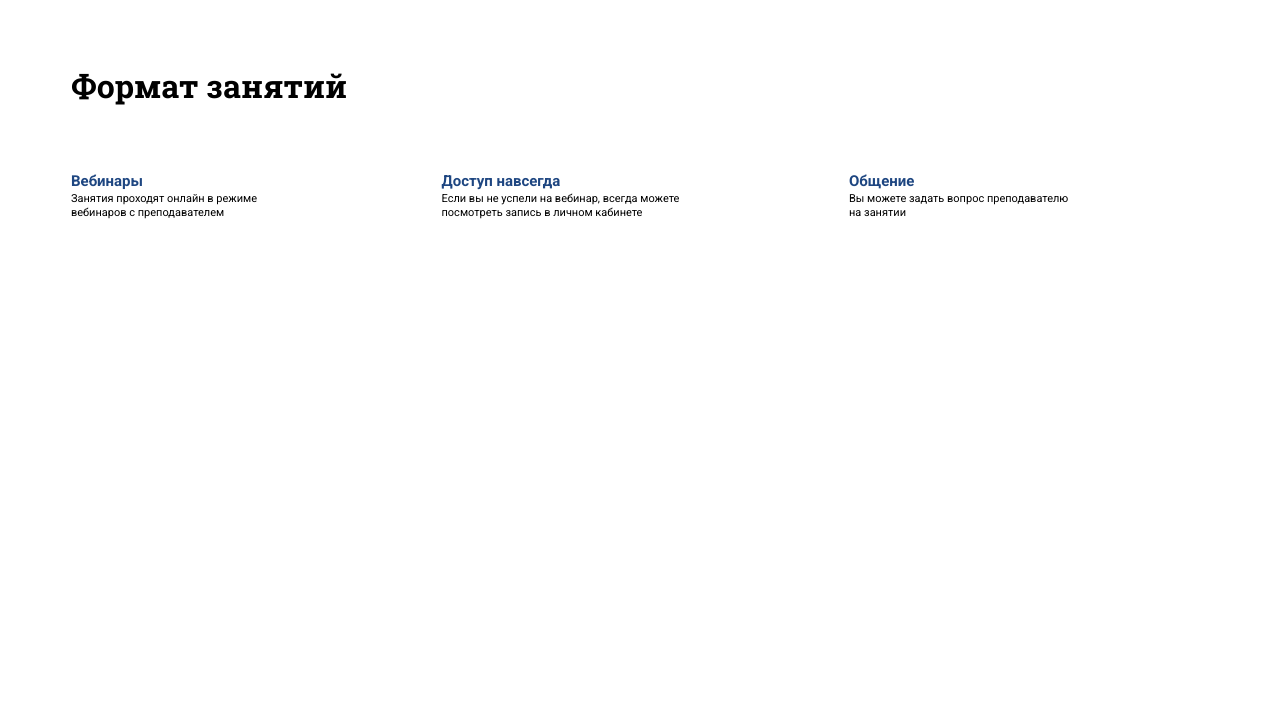
Repository: PoladEziz/Task-4
Page: index.html
An editor plug-in stored every save of this project. The page is shown before and after the next save, followed by the edit.
The browser window is 1280 px wide. The pictures show the whole page.

Above is the page before, as saved 2023-05-09 17:22:49.

### index.html
<!DOCTYPE html>
<html lang="en">

<head>
    <meta charset="UTF-8">
    <meta http-equiv="X-UA-Compatible" content="IE=edge">
    <meta name="viewport" content="width=device-width, initial-scale=1.0">
    <title>Document</title>
    <link rel="stylesheet" href="index.css">
</head>

<body>
    <div class="main">
        <div class="page-1">
            <h1>Формат занятий</h1>
            <div class="top_child">

                <ul>
                    <li>
                        <h2>Вебинары</h2>
                        <p>Занятия проходят онлайн
                            в режиме вебинаров
                            с преподавателем</p>
                    </li>

                    <li>
                        <h2>Доступ навсегда</h2>
                        <p>Если вы не успели на вебинар, всегда можете посмотреть запись в личном кабинете</p>
                    </li>

                    <li>
                        <h2>Общение</h2>
                        <p>Вы можете задать вопрос
                            преподавателю на занятии</p>
                    </li>


                </ul>
            </div>

        </div>
        <!-- <div class="page-2">
            <h1>Что узнаем</h1>
            <ul>
                <li>Кто чем занят в съёмочной группе; </li>
                <li>На какие этапы делится кинопроизводство; </li>
                <li>Как выглядит сценарий фильма и как он меняется по ходу съёмок; </li>
                <li>Какими методами режиссёры заставляют нас смеяться, плакать и грустить; </li>
                <li>Как построение кадра, музыка и свет помогают считывать заложенные в фильм смыслы; </li>
                <li>Какие жанры есть в кино и как от них зависит работа операторов, осветителей и монтажёров; </li>
                <li>Как, зная всё это, понимать, о чем фильм.</li>
            </ul>




        </div> -->


    </div>
</body>

</html>

### index.css
@import url("https://fonts.googleapis.com/css2?family=Roboto+Slab:wght@700&family=Roboto:wght@700&display=swap");
@import url("https://fonts.googleapis.com/css2?family=Roboto&family=Roboto+Slab:wght@700&display=swap");

* {
  margin: 0;
  padding: 0;
}

.main {
  display: flex;
  flex-direction: column;
  padding-left: 124px;
  padding-top: 162px;
  padding-right: 344px;
}

.page-1 h1 {
  margin-bottom: 133px;
  font-family: "Roboto Slab";
  font-style: normal;
  font-weight: 700;
  font-size: 55px;
  line-height: 55px;
}

.page-1 ul {
  width: 100%;
  display: flex;
  justify-content: space-between;
}

.page-1 ul li {
  list-style-type: none;
}

.page-1 li:nth-child(1) {
  width: 223px;
}

.page-1 li:nth-child(2) {
  width: 260px;
}

.page-1 li:nth-child(3) {
  width: 232px;
}

.page-1 ul li h2 {
  font-family: "Roboto";
  font-style: normal;
  font-weight: 700;
  font-size: 25px;
  line-height: 130%;
  color: #1e4681;
}

.page-1 ul li p {
  font-family: "Roboto";
  font-style: normal;
  font-weight: 400;
  font-size: 18px;
  line-height: 130%;
}

.page-2 {
  margin-top: 168px;
  width: 100%;
}

.page-2 h1 {
  margin-bottom: 62px;
  font-family: Roboto Slab;
  font-size: 55px;
  font-weight: 700;
  line-height: 56px;
  text-align: left;
}

.page-2 ul li {
  font-family: Roboto;
  font-size: 24px;
  font-weight: 400;
  line-height: 36px;
  text-align: left;
}

@media only screen and (max-width: 1280px) {
  .main {
    display: flex;
    flex-direction: column;
    /* padding-left: 63px;
    padding-top: 93px;
    padding-right: 480px; */
    padding: 70px 199px 127px 71px;

  }

/* .page-1{
  padding: 70px 199px 127px 71px;

} */
  .main .page-1 h1 {
    font-family: 'Roboto Slab';
    font-style: normal;
    font-weight: 700;
    font-size: 32px;
    line-height: 101.38%;
    margin-bottom: 70px;
  }

  .main .page-1 .top_child ul li h2 {
    font-family: 'Roboto';
    font-style: normal;
    font-weight: 700;
    font-size: 15px;
    line-height: 130%;
    margin-bottom: 0;
  }

  .main .page-1 .top_child ul li p {
    font-family: 'Roboto';
    font-style: normal;
    font-weight: 400;
    font-size: 11px;
    line-height: 130%;
  }

  .main .page-2 h1 {
    font-family: 'Roboto Slab';
    font-style: normal;
    font-weight: 700;
    font-size: 32px;
    line-height: 101.38%;
  }

  .main .page-2 ul li {
    font-family: 'Roboto';
    font-style: normal;
    font-weight: 400;
    font-size: 14px;
    line-height: 150%;
  }
}

@media only screen and (max-width: 768px) {
  .main .page-1 h1 {
    font-family: 'Roboto Slab';
    font-style: normal;
    font-weight: 700;
    font-size: 26px;
    line-height: 101.38%;
  }

  .main .page-1 .top_child ul {
    flex-direction: column;
  }

  .main .page-1 .top_child ul li {
    margin-bottom: 35px;
  }

  .main .page-1 .top_child ul li h2 {
    font-family: 'Roboto';
    font-style: normal;
    font-weight: 700;
    font-size: 12px;
    line-height: 130%;
  }

  .main .page-1 .top_child ul li p {
    font-family: 'Roboto';
    font-style: normal;
    font-weight: 400;
    font-size: 11px;
    line-height: 130%;
  }

  .main .page-2 h1 {
    font-family: 'Roboto Slab';
    font-style: normal;
    font-weight: 700;
    font-size: 32px;
    line-height: 101.38%;
  }

  .main .page-2 ul li {
    font-family: 'Roboto';
    font-style: normal;
    font-weight: 400;
    font-size: 14px;
    line-height: 150%;
  }
}

After the next save:
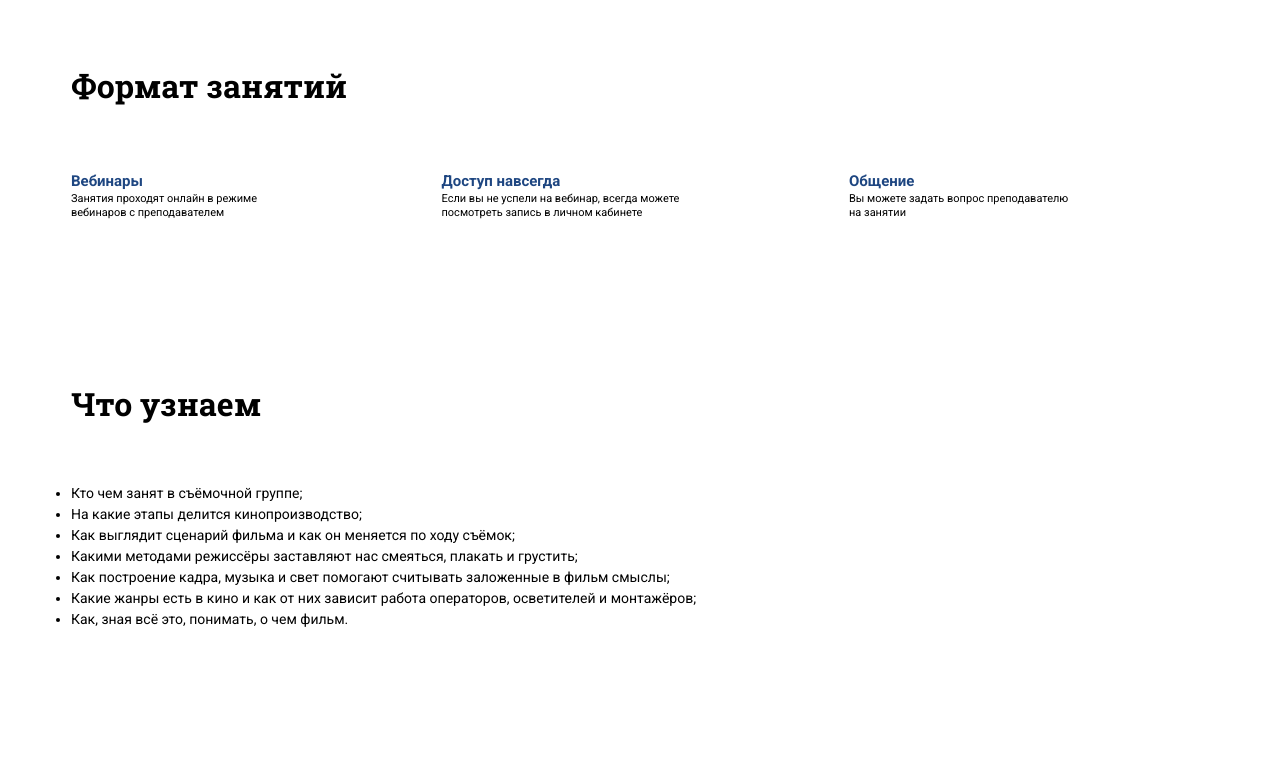
Saved 2 min 9 s later.
--- a/index.html
+++ b/index.html
@@ -39,7 +39,7 @@
             </div>
 
         </div>
-        <!-- <div class="page-2">
+        <div class="page-2">
             <h1>Что узнаем</h1>
             <ul>
                 <li>Кто чем занят в съёмочной группе; </li>
@@ -54,7 +54,7 @@
 
 
 
-        </div> -->
+        </div>
 
 
     </div>
